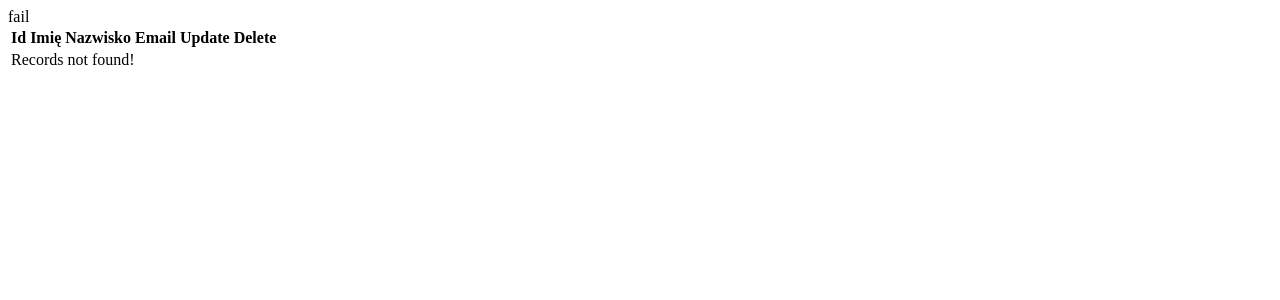
Repository: wojciechDrozd/php
Page: http://localhost/ajax/readClassesRecords.php
These files come from the project's save history. The page is drawn as it stood at one moment and after the next save; the edit follows.
The browser window is 1280 px wide. The pictures show the whole page.
The page is run by PHP 8.4 with error messages shown; the project is at /var/www/html/. Queries for data that is not in the repository find no rows.

Above is the page before, as saved 2017-04-10 18:06:44.

After the next save:
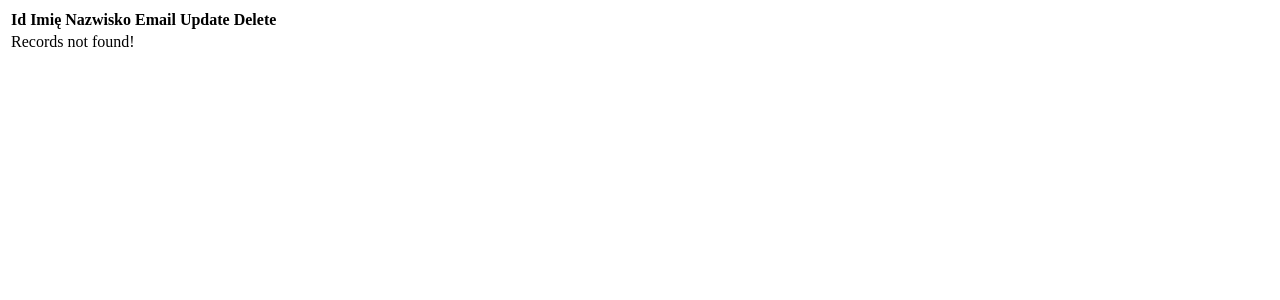
Saved 2 min 14 s later.
--- a/1/CRUDexample/ajax/db_connection.php
+++ b/1/CRUDexample/ajax/db_connection.php
@@ -3,17 +3,14 @@
 // Connection variables
 $host = "localhost"; // MySQL host name eg. localhost
 $user = "root"; // MySQL user. eg. root ( if your on localserver)
-$password = ""; // MySQL user password  (if password is not set for your root user then keep it empty )
+$password = ""; // MySQL user password (if password is not set for your root user then keep it empty )
 $database = "dziekanat"; // MySQL Database name
 
 // Connect to MySQL Database
-$con = new mysqli($host, $user, $password, $database);
-
-// Check connection
-if ($con->connect_error) {
-	die("Connection failed: " . $con->connect_error);
-}else{
-	echo "fail";
+try {
+	$con = new mysqli ( $host, $user, $password, $database );
+} catch ( Exception $e ) {
+	"Connection failed: " . $con->connect_error;
 }
 
 ?>
